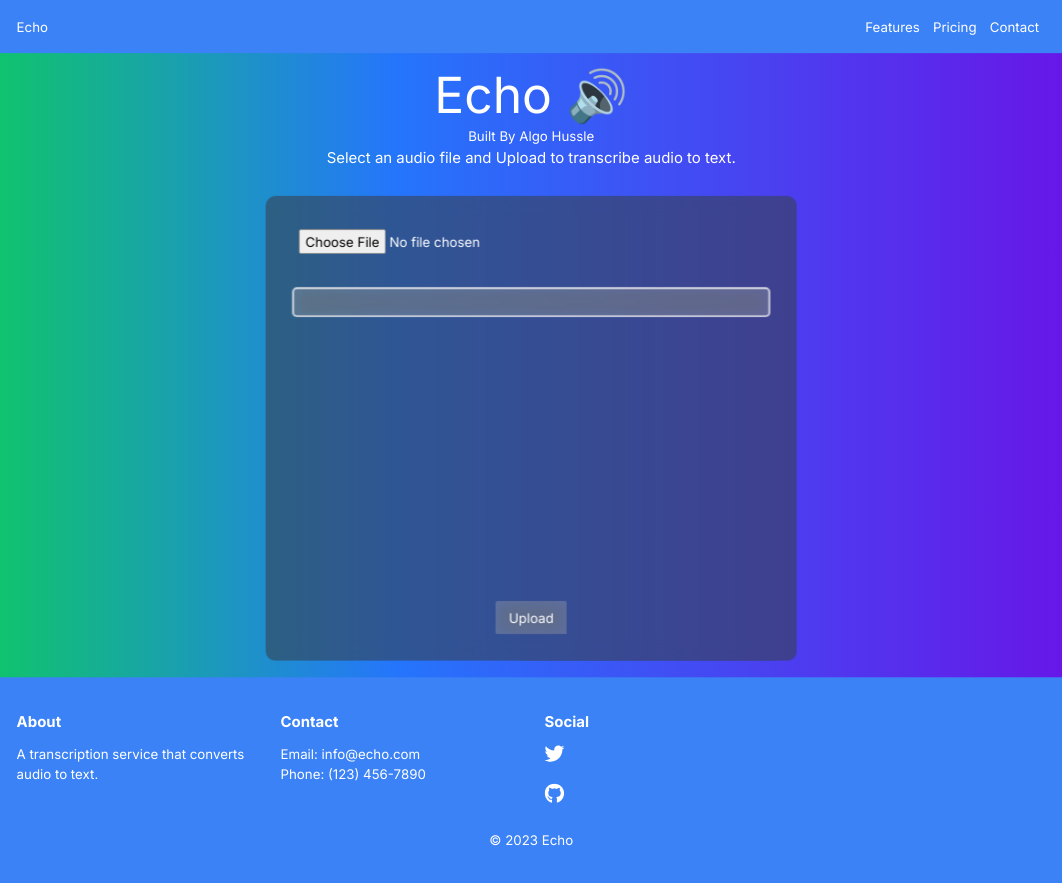
Repository: MikeeBuilds/whisperer
Page: /
The author's editor kept a copy of each file at every save. The page is drawn from the files as they stood at one save, then again after the next save.
The browser window is 1280 px wide. The pictures show the whole page, at 83% of full size.
The project was rebuilt for these pictures with package versions that can differ from the ones it lists, and the page was loaded fresh each time. The framework's server and built-in components were replaced by stand-ins that run in the browser. Also part of the build but not shown: next.config.js.

Above is the page before, as saved 2023-06-26 18:18:22.

After the next save:
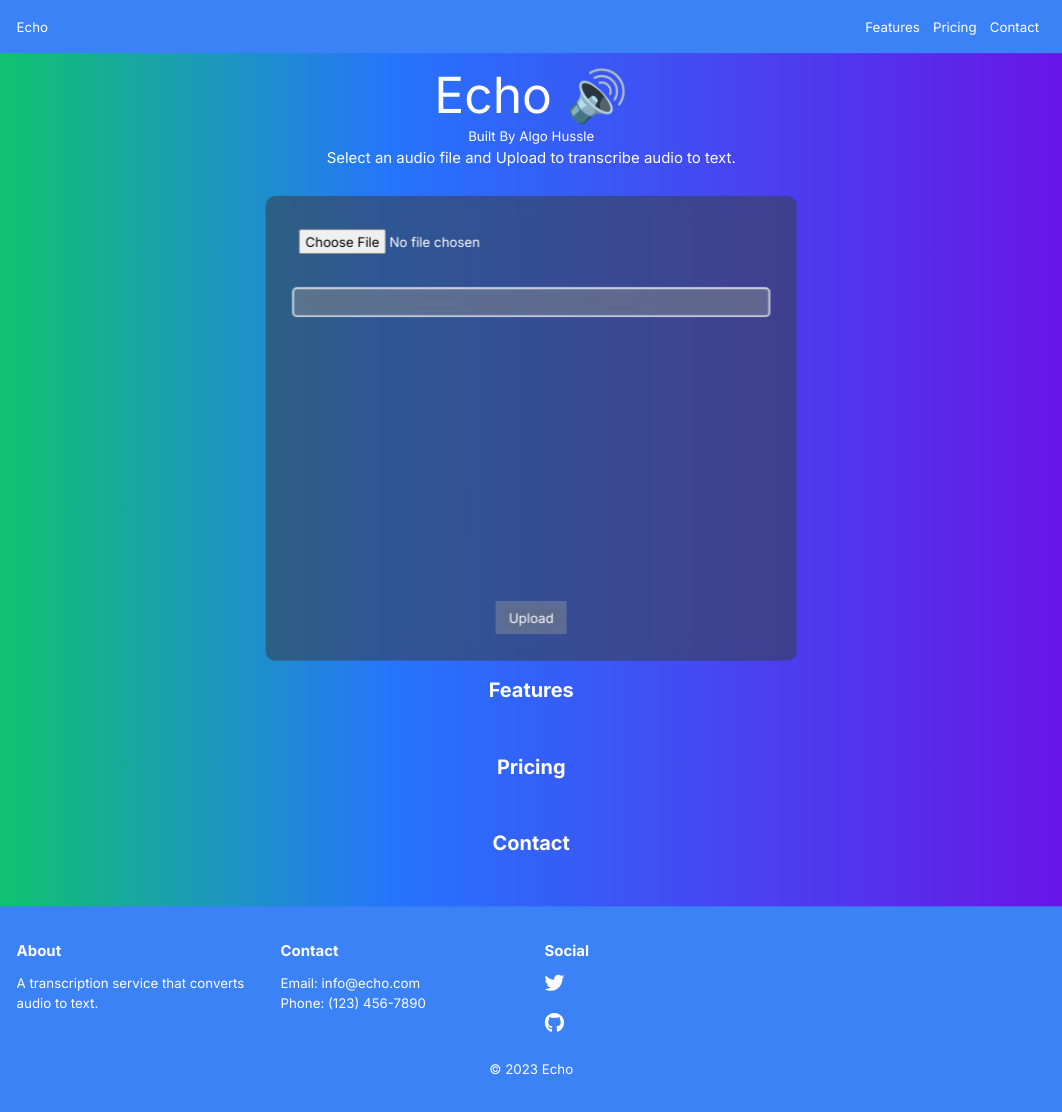
Saved 8 min 0 s later.
--- a/src/app/page.tsx
+++ b/src/app/page.tsx
@@ -57,32 +57,38 @@
   };
 
   return (
+    <div>
+      <Head>
+        <title>Echo - Audio to Text Transcription</title>
+      </Head>
+      <main className="flex min-h-screen flex-col items-center justify-center px-4 sm:px-24 py-5">
+        <h1 className="text-4xl sm:text-6xl font-sans mb-2 text-white">Echo 🔊</h1>
+        <h4>
+          <span className="text-white">Built By Algo Hussle</span>
+        </h4>
+        <p className="text-sm sm:text-lg font-sans mb-8 text-white">Select an audio file and Upload to transcribe audio to text.</p>
 
-    <main className="flex min-h-screen flex-col items-center justify-center px-4 sm:px-24 py-5">
-      <h1 className="text-4xl sm:text-6xl font-sans mb-2 text-white">Echo 🔊</h1>
-      <h4>
-        <span className="text-white">Built By Algo Hussle</span>
-      </h4>
-      <p className="text-sm sm:text-lg font-sans mb-8 text-white">Select an audio file and Upload to transcribe audio to text.</p>
+        <div className="flex h-full w-full sm:h-[35rem] sm:w-[40rem] flex-col items-center bg-gray-700 rounded-xl p-8 backdrop-blur-md bg-opacity-60">
+          <div className="h-full flex flex-col gap-4 overflow-y-auto w-full">
+            <input type="file" accept=".wav, .mp3" onChange={handleFileChange} className="mb-4 p-2" />
 
-
-      <div className="flex h-full w-full sm:h-[35rem] sm:w-[40rem] flex-col items-center bg-gray-700 rounded-xl p-8 backdrop-blur-md bg-opacity-60">
-        <div className="h-full flex flex-col gap-4 overflow-y-auto w-full">
-          <input type="file" accept=".wav, .mp3" onChange={handleFileChange} className="mb-4 p-2" />
-
-          <div className="w-full h-max border-2 break-words p-4 bg-white bg-opacity-20 rounded-md backdrop-blur-md">
-            {isLoading ? "Loading..." : response ? response : ""}
+            <div className="w-full h-max border-2 break-words p-4 bg-white bg-opacity-20 rounded-md backdrop-blur-md">
+              {isLoading ? "Loading..." : response ? response : ""}
+            </div>
+          </div>
+          <div className="w-full mt-4 flex justify-center">
+            <button
+              onClick={callGetTranscription}
+              className="w-max bg-white bg-opacity-20 px-4 py-2 rounded-sm hover:bg-opacity-30 transition-colors duration-200 backdrop-blur-md"
+            >
+              Upload
+            </button>
           </div>
         </div>
-        <div className="w-full mt-4 flex justify-center">
-          <button
-            onClick={callGetTranscription}
-            className="w-max bg-white bg-opacity-20 px-4 py-2 rounded-sm hover:bg-opacity-30 transition-colors duration-200 backdrop-blur-md"
-          >
-            Upload
-          </button>
-        </div>
-      </div>
-    </main>
+        <Features />
+        <Pricing />
+        <Contact />
+      </main>
+    </div>
   );
 }

After the save that followed:
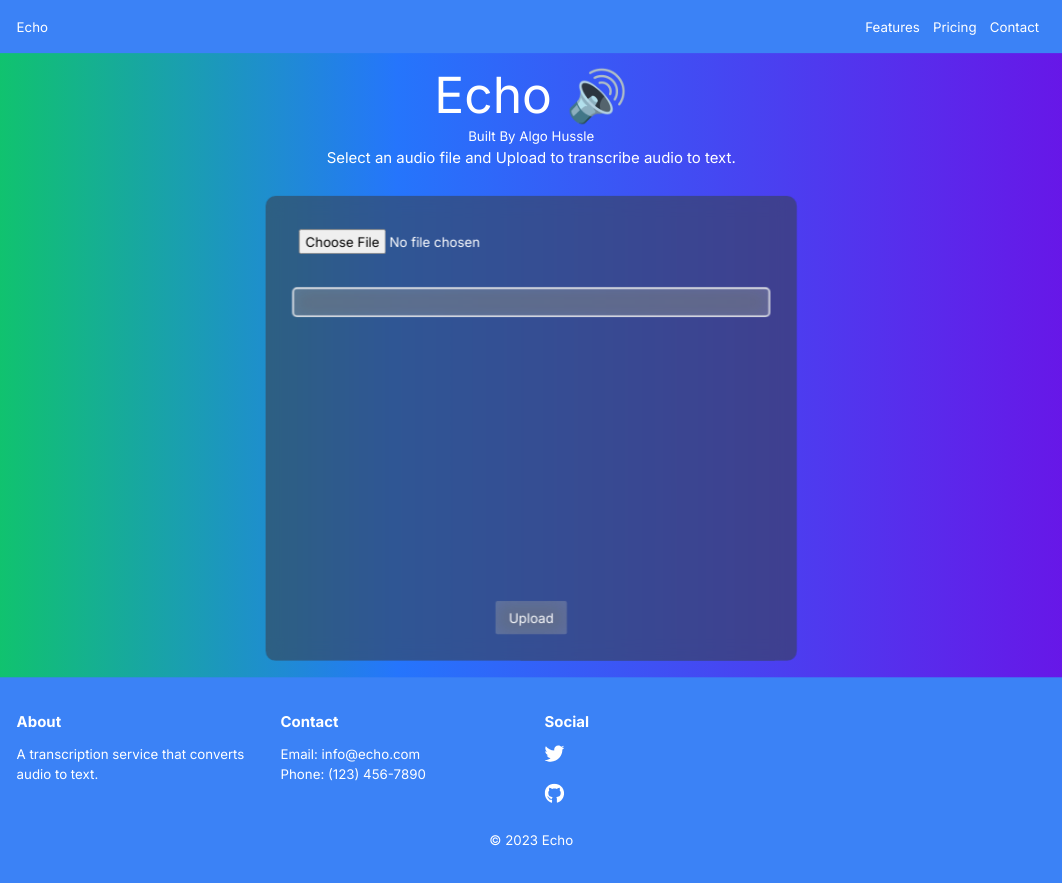
Saved 13 s later.
--- a/src/app/page.tsx
+++ b/src/app/page.tsx
@@ -85,9 +85,6 @@
             </button>
           </div>
         </div>
-        <Features />
-        <Pricing />
-        <Contact />
       </main>
     </div>
   );
